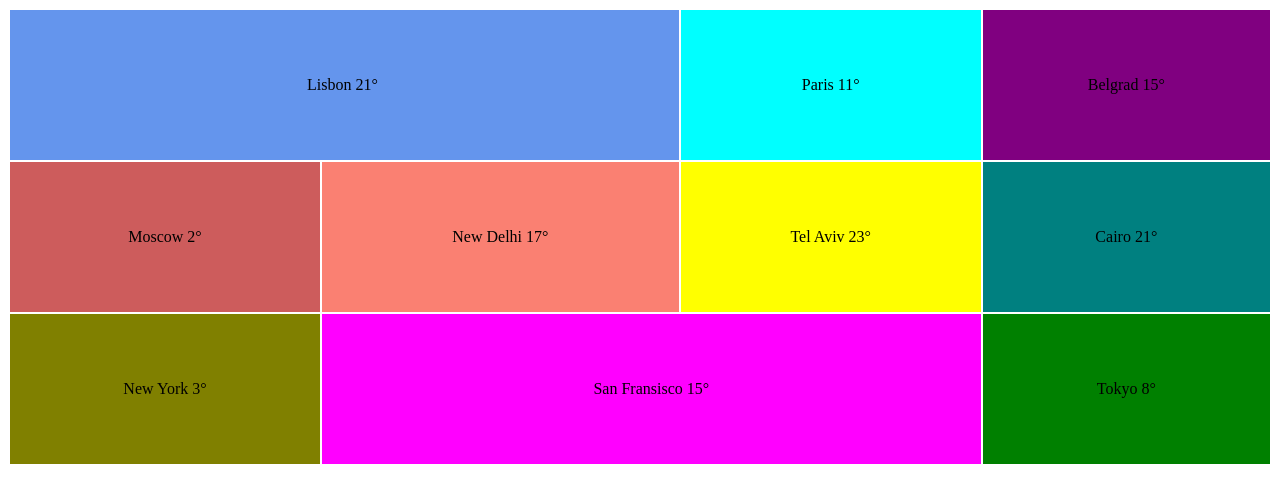
Repository: aysedo/html
Page: Week_2/index.html
These files come from the project's save history. The page is drawn as it stood at one moment and after the next save; the edit follows.
The browser window is 1280 px wide. The pictures show the whole page.

Above is the page before, as saved 2021-08-24 14:57:45.

### Week_2/index.html
<!DOCTYPE html>
<html lang="en">
  <head>
    <meta charset="UTF-8" />
    <meta http-equiv="X-UA-Compatible" content="IE=edge" />
    <meta name="viewport" content="width=device-width, initial-scale=1.0" />
    <title>Document</title>
  </head>
  <body>
    <table width="100%">
      <tr height="150">
        <td colspan="2" bgcolor="cornflowerblue" align="center">Lisbon 21° <img scr="img.png">
        </td>
        <td bgcolor="Aqua" align="center" img src="sun.png">Paris 11°</td>
        <td bgcolor="Purple" align="center" img scr="img.png">Belgrad 15°</td>
      </tr>
      <tr height="150">
        <td bgcolor="Indianred" align="center" img scr="img.png">Moscow 2°</td>
        <td bgcolor="Salmon" align="center" img scr="img.png">New Delhi 17°</td>
        <td bgcolor="Yellow" align="center" img scr="img.png">Tel Aviv 23°</td>
        <td bgcolor="Teal" align="center" img scr="sun.png">Cairo 21°</td>
      </tr>
      <tr height="150">
        <td bgcolor="Olive" align="center">New York 3°</td>
        <td colspan="2" bgcolor="Fuchsia" align="center" img src="sun.png">San Fransisco 15°</td>
        <td bgcolor="Green" align="center" img scr="sun.png">Tokyo 8°</td>
      </tr>
    </table>
  </body>
</html>

After the next save:
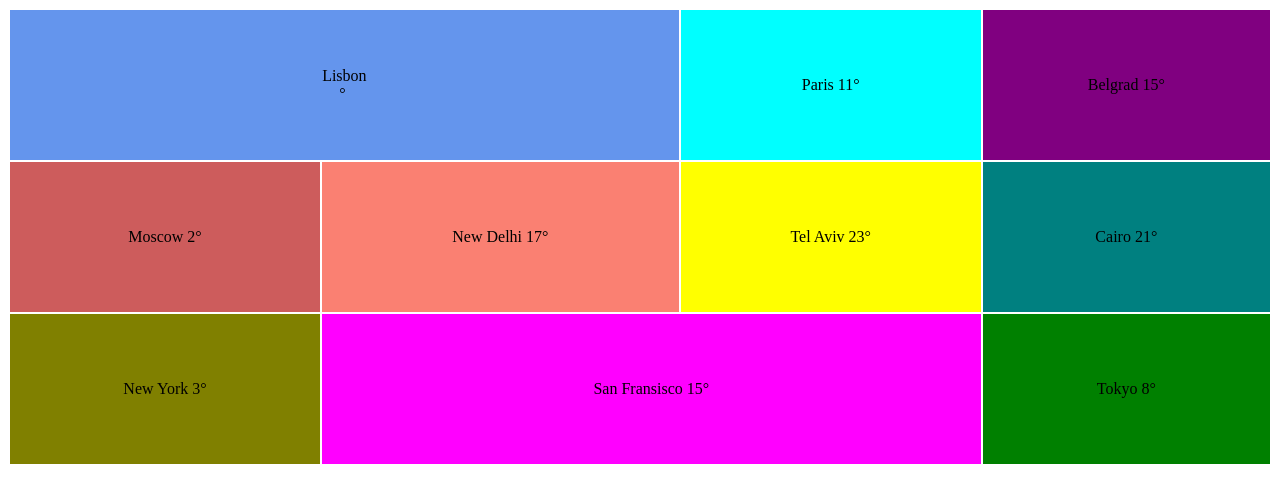
Saved 2 min 17 s later.
--- a/Week_2/index.html
+++ b/Week_2/index.html
@@ -9,21 +9,21 @@
   <body>
     <table width="100%">
       <tr height="150">
-        <td colspan="2" bgcolor="cornflowerblue" align="center">Lisbon 21° <img scr="img.png">
+        <td colspan="2" bgcolor="cornflowerblue" align="center">Lisbon <br />° <img scr="img.png">
         </td>
-        <td bgcolor="Aqua" align="center" img src="sun.png">Paris 11°</td>
-        <td bgcolor="Purple" align="center" img scr="img.png">Belgrad 15°</td>
+        <td bgcolor="Aqua" align="center">Paris 11°</td>
+        <td bgcolor="Purple" align="center">Belgrad 15°</td>
       </tr>
       <tr height="150">
-        <td bgcolor="Indianred" align="center" img scr="img.png">Moscow 2°</td>
-        <td bgcolor="Salmon" align="center" img scr="img.png">New Delhi 17°</td>
-        <td bgcolor="Yellow" align="center" img scr="img.png">Tel Aviv 23°</td>
-        <td bgcolor="Teal" align="center" img scr="sun.png">Cairo 21°</td>
+        <td bgcolor="Indianred" align="center" >Moscow 2°</td>
+        <td bgcolor="Salmon" align="center" >New Delhi 17°</td>
+        <td bgcolor="Yellow" align="center" >Tel Aviv 23°</td>
+        <td bgcolor="Teal" align="center" >Cairo 21°</td>
       </tr>
       <tr height="150">
         <td bgcolor="Olive" align="center">New York 3°</td>
-        <td colspan="2" bgcolor="Fuchsia" align="center" img src="sun.png">San Fransisco 15°</td>
-        <td bgcolor="Green" align="center" img scr="sun.png">Tokyo 8°</td>
+        <td colspan="2" bgcolor="Fuchsia" align="center" >San Fransisco 15°</td>
+        <td bgcolor="Green" align="center" >Tokyo 8°</td>
       </tr>
     </table>
   </body>
